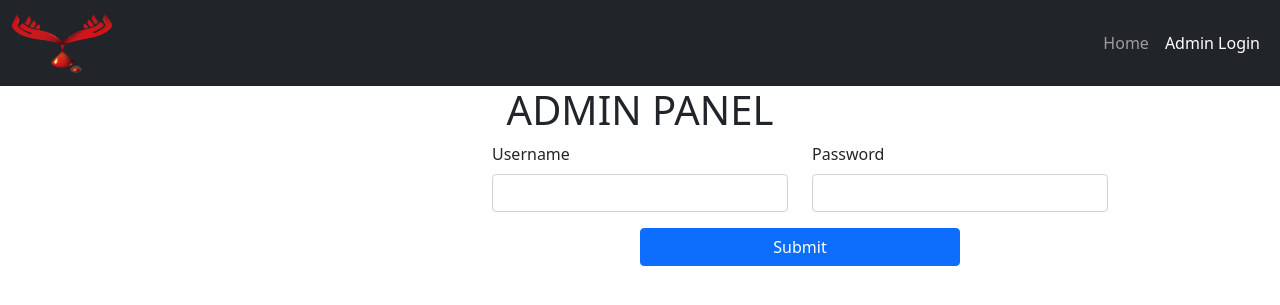
Repository: kshitizJ/Blood-Bank-Management-System-in-jsp
Page: http://localhost/Blood_Bank_Management_System/adminLogin.jsp
These files come from the project's save history. The page is drawn as it stood at one moment and after the next save; the edit follows.
The browser window is 1280 px wide. The pictures show the whole page.
The page is served by Tomcat 9.

Above is the page before, as saved 2021-04-27 18:28:08.

After the next save:
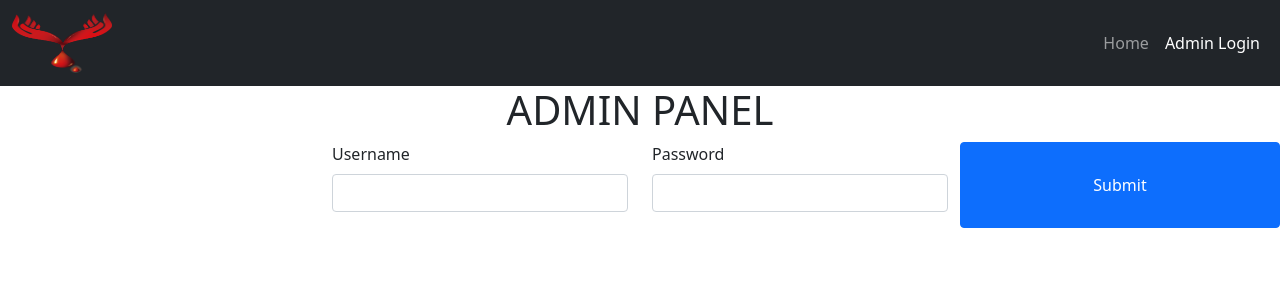
Saved 11 s later.
--- a/Blood Bank Management System/WebContent/adminLogin.jsp
+++ b/Blood Bank Management System/WebContent/adminLogin.jsp
@@ -47,7 +47,7 @@
 						<label for="pass" class="form-label">Password</label> <input
 							type="text" class="form-control" id="pass" name="pass">
 					</div>
-					<button type="submit" class="btn btn-primary offset-md-3 col-3">Submit</button>
+					<button type="submit" class="btn btn-primary col-3">Submit</button>
 				</form>
 			</div>
 		</div>
